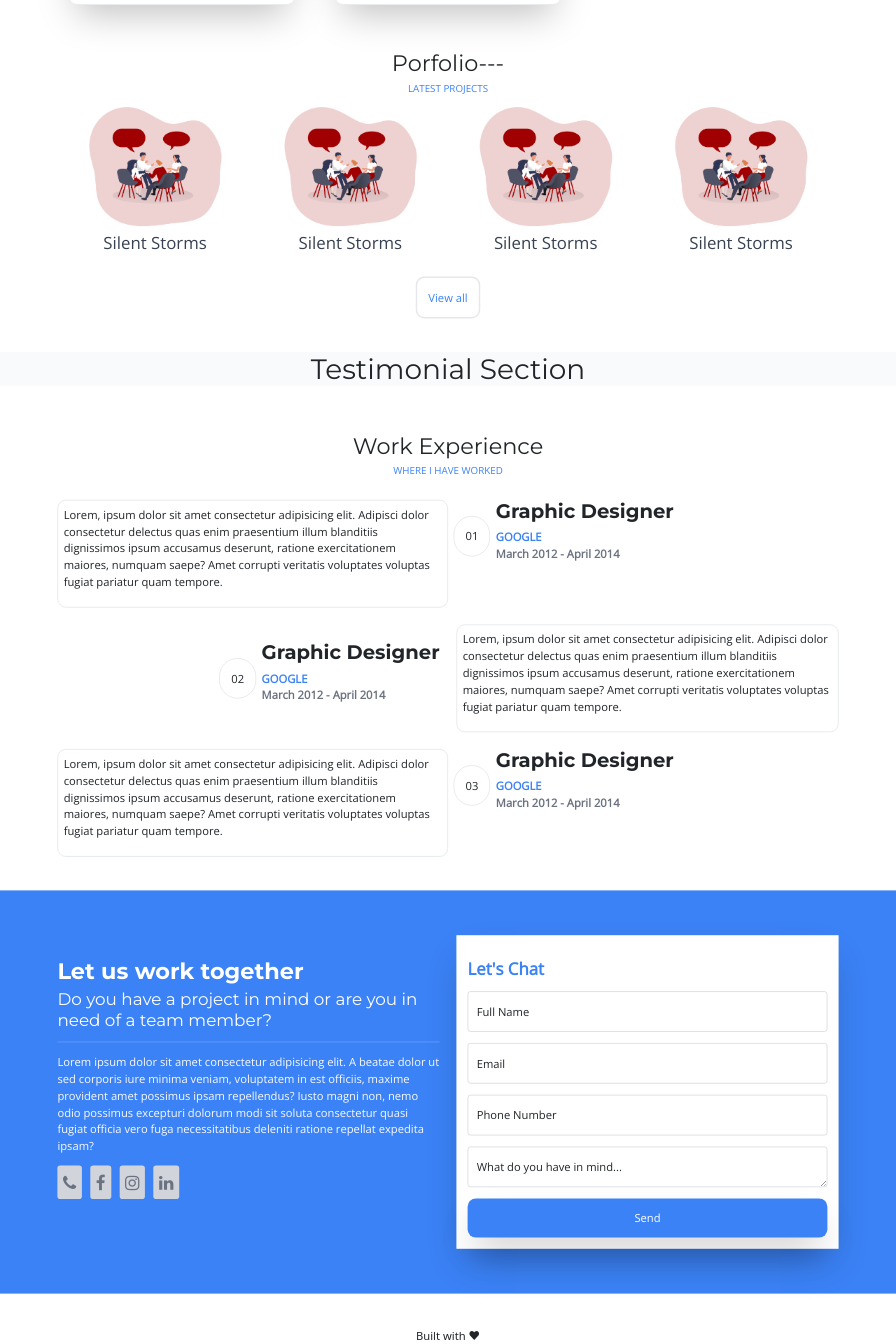
Repository: latenightsnacc/giggles
Page: HTML/freelancer.html
These files come from the project's save history. The page is drawn as it stood at one moment and after the next save; the edit follows.
The browser window is 1280 px wide. The pictures show the part of the page from y = 1640 to 3560 px (the page is 3560 px tall), at 70% of full size.
Some web libraries are served in a nearby version.

Above is the page before, as saved 2021-01-03 19:29:26.

After the next save:
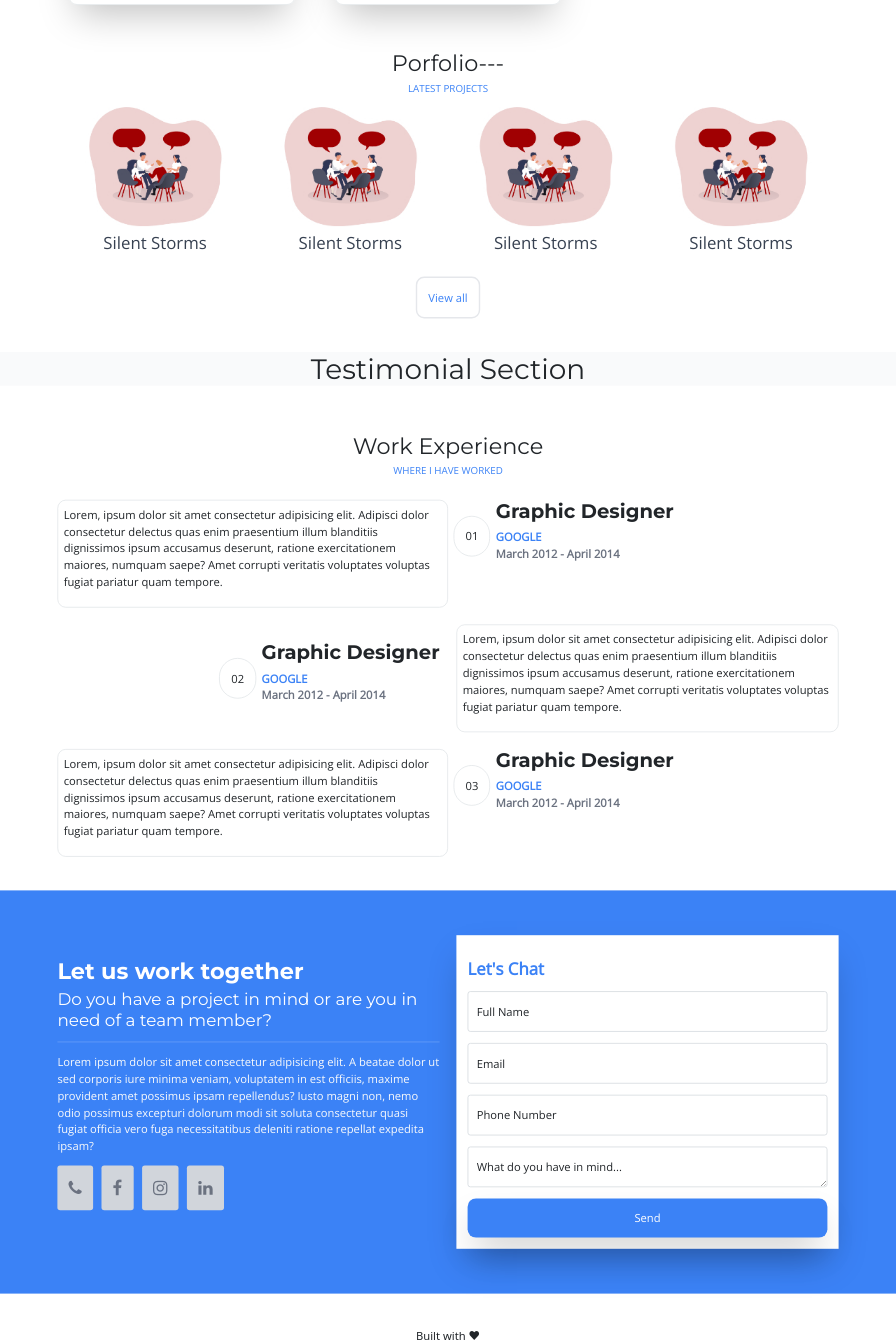
Saved 88 s later.
--- a/HTML/freelancer.html
+++ b/HTML/freelancer.html
@@ -316,16 +316,16 @@
                             <p>Lorem ipsum dolor sit amet consectetur adipisicing elit. A beatae dolor ut sed corporis iure minima veniam, voluptatem in est officiis, maxime provident amet possimus ipsam repellendus? Iusto magni non, nemo odio possimus excepturi dolorum modi sit soluta consectetur quasi fugiat officia vero fuga necessitatibus deleniti ratione repellat expedita ipsam?</p>
                         </div>
                         <div class="flex">
-                            <a href="#" class="text-2xl text-gray-500 hover:text-blue-500 bg-gray-300 p-2 rounded">
+                            <a href="#" class="text-2xl text-gray-500 hover:text-blue-500 bg-gray-300 p-3 rounded">
                                 <i class="fa fa-phone"></i>
                             </a>
-                            <a href="#" class="ml-3 text-2xl text-gray-500 hover:text-blue-500 bg-gray-300 p-2 rounded">
+                            <a href="#" class="ml-3 text-2xl text-gray-500 hover:text-blue-500 bg-gray-300 p-3 rounded">
                                 <i class="fa fa-facebook-f"></i>
                             </a>
-                            <a href="#" class="ml-3 text-2xl text-gray-500 hover:text-blue-500 bg-gray-300 p-2 rounded">
+                            <a href="#" class="ml-3 text-2xl text-gray-500 hover:text-blue-500 bg-gray-300 p-3 rounded">
                                 <i class="fa fa-instagram"></i>
                             </a>
-                            <a href="#" class="ml-3 text-2xl text-gray-500 hover:text-blue-500 bg-gray-300 p-2 rounded">
+                            <a href="#" class="ml-3 text-2xl text-gray-500 hover:text-blue-500 bg-gray-300 p-3 rounded">
                                 <i class="fa fa-linkedin"></i>
                             </a>
                         </div>
